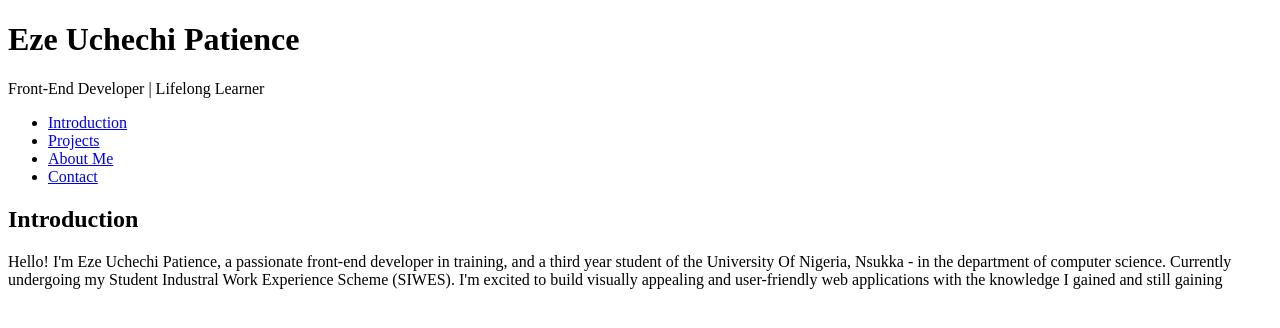
Repository: Patience225/My_First_Portfolio
Page: Portfolio/index.html
These files come from the project's save history. The page is drawn as it stood at one moment and after the next save; the edit follows.
The browser window is 1280 px wide. The pictures show the whole page.

Above is the page before, as saved 2024-12-16 13:11:21.

### Portfolio/index.html
<!DOCTYPE html>
<html lang="en">
<head>
    <meta charset="utf-8">
    <title>Eze Uchechi Patience - Personal Portfolio</title>
</head>
<body>
    <header>
        <h1>Eze Uchechi Patience</h1>
        <p>Front-End Developer | Lifelong Learner</p>
    </header>
    <nav>
      <ul>
        <li><a href="#introduction">Introduction</a></li>
        <li><a href="#projects">Projects</a></li>
        <li><a href="#about">About Me</a></li>
        <li><a href="#contact">Contact</a></li>
    </ul>
    </nav>
    <section id="introduction">
      <h2>Introduction</h2>
    <p>Hello! I'm Eze Uchechi Patience, a passionate front-end developer in training, and a third year student of the University Of Nigeria, Nsukka - in the department of computer science. Currently undergoing my Student Industral Work Experience Scheme (SIWES). I'm excited to build visually appealing and user-friendly web applications with the knowledge I gained and still gaining </p>
    </section>
    <section id="projects"></section>
    <section id="about"></section>
    <section id="contact"></section>
    <footer>

    </footer>
</body>
</html>

After the next save:
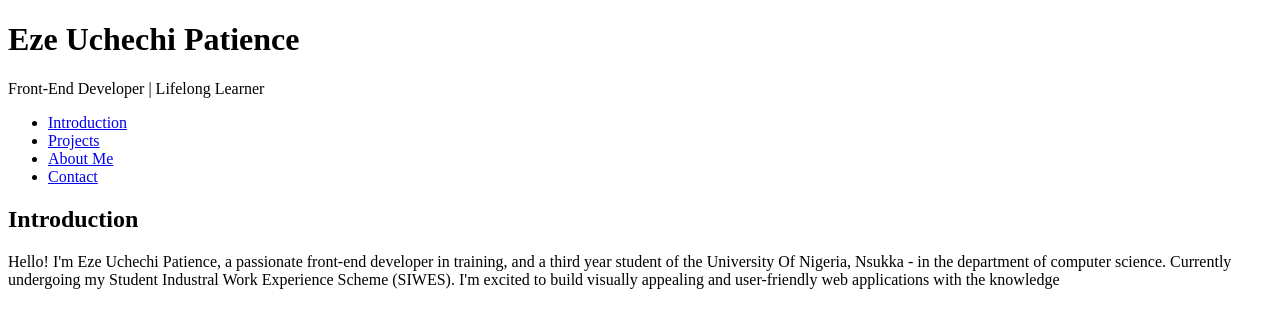
Saved 31 s later.
--- a/Portfolio/index.html
+++ b/Portfolio/index.html
@@ -19,7 +19,7 @@
     </nav>
     <section id="introduction">
       <h2>Introduction</h2>
-    <p>Hello! I'm Eze Uchechi Patience, a passionate front-end developer in training, and a third year student of the University Of Nigeria, Nsukka - in the department of computer science. Currently undergoing my Student Industral Work Experience Scheme (SIWES). I'm excited to build visually appealing and user-friendly web applications with the knowledge I gained and still gaining </p>
+    <p>Hello! I'm Eze Uchechi Patience, a passionate front-end developer in training, and a third year student of the University Of Nigeria, Nsukka - in the department of computer science. Currently undergoing my Student Industral Work Experience Scheme (SIWES). I'm excited to build visually appealing and user-friendly web applications with the knowledge </p>
     </section>
     <section id="projects"></section>
     <section id="about"></section>
